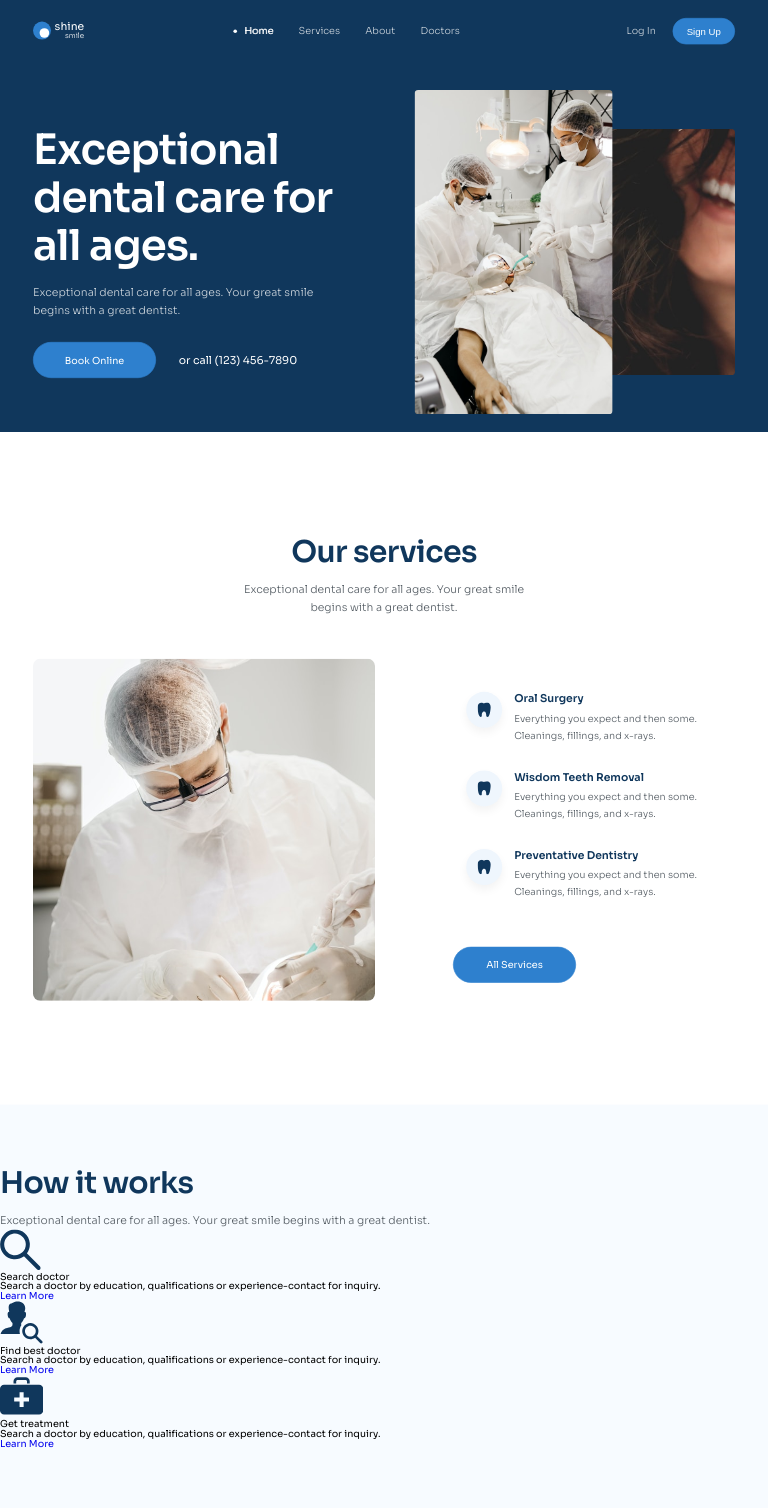
Repository: anhtien111198/f8-htmlcss-03
Page: index.html
The author's editor kept a copy of each file at every save. The page is drawn from the files as they stood at one save, then again after the next save.
The browser window is 1280 px wide. The pictures show the whole page, at 60% of full size.

Above is the page before, as saved 2023-05-13 14:24:35.

After the next save:
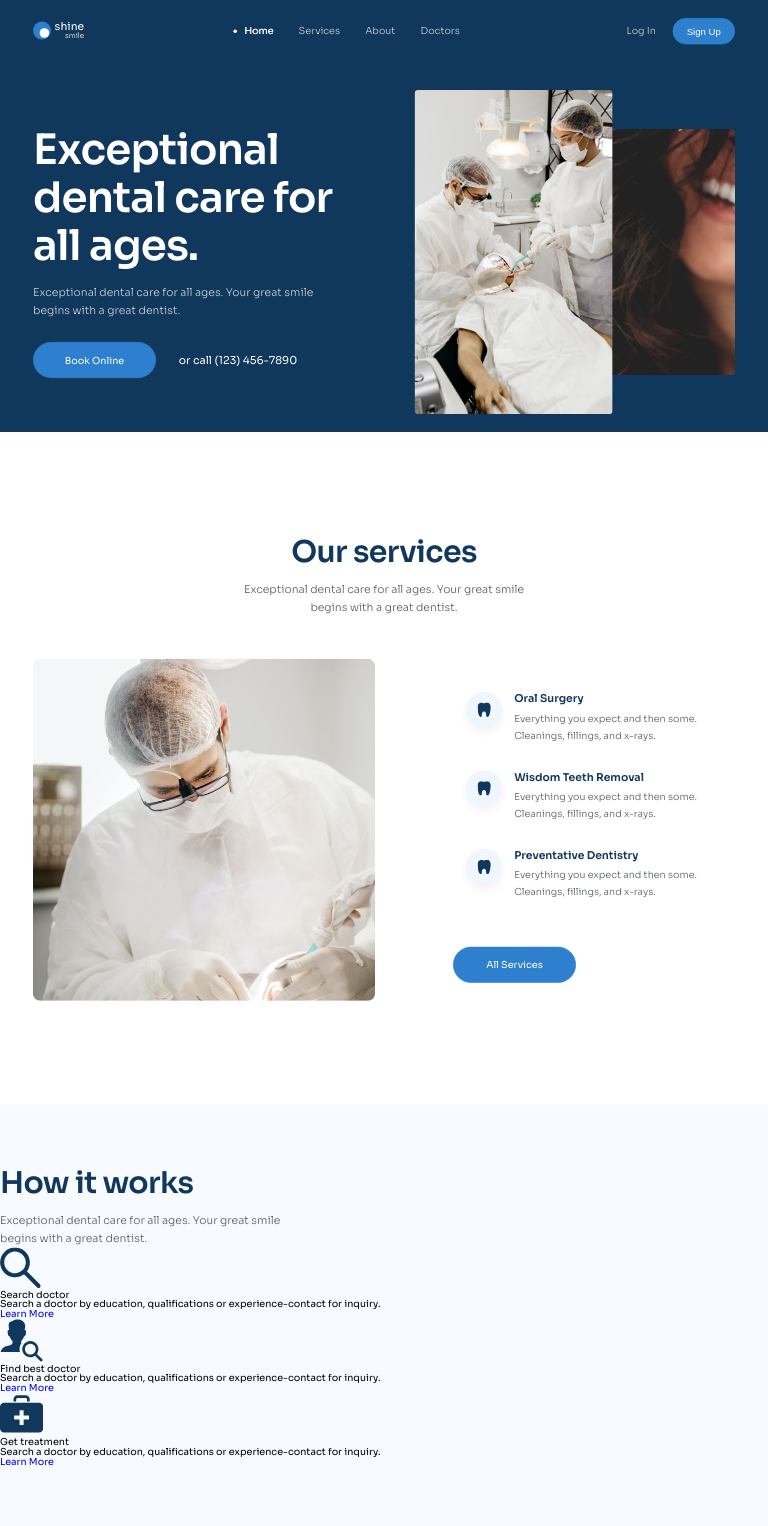
Saved 25 s later.
--- a/assets/css/style.css
+++ b/assets/css/style.css
@@ -278,3 +278,6 @@ a {
     padding: 100px 0;
     background: #f7fbff;
 }
+.work__desc {
+    width: 468px;
+}
